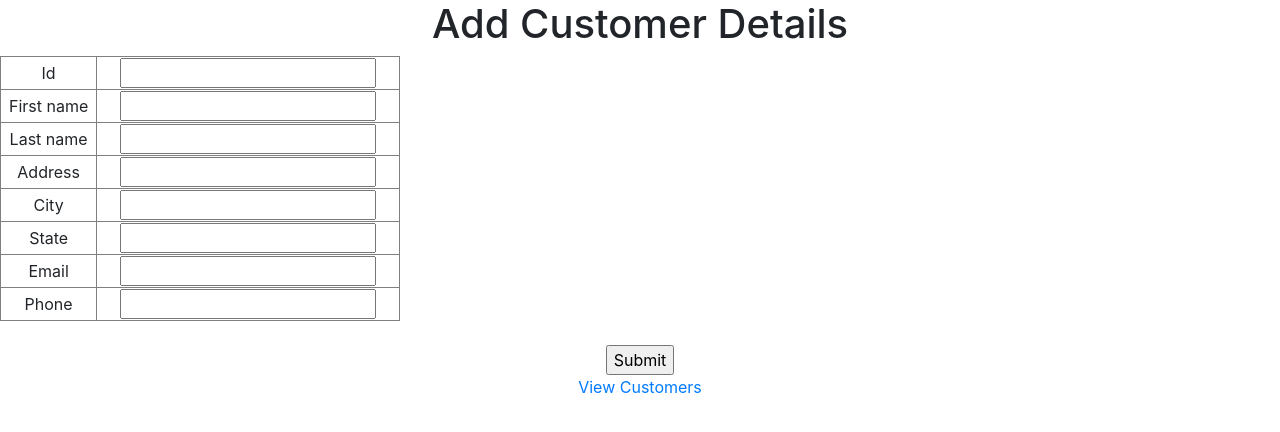
Repository: Shamanth-S/Customer-management
Page: User Management/src/main/webapp/add.html
The author's editor kept a copy of each file at every save. The page is drawn from the files as they stood at one save, then again after the next save.
The browser window is 1280 px wide. The pictures show the whole page.

Above is the page before, as saved 2023-09-07 06:18:21.

After the next save:
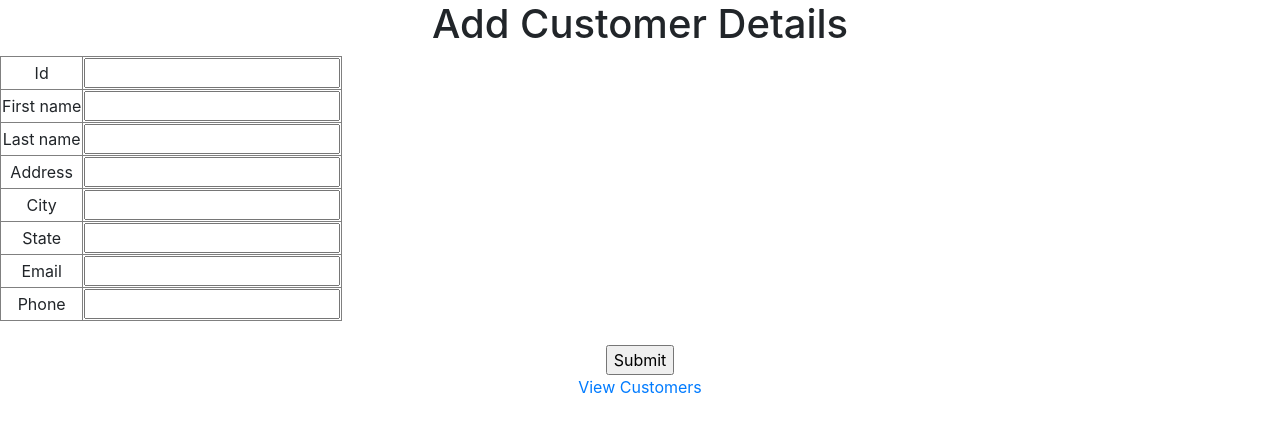
Saved 22 s later.
--- a/User Management/src/main/webapp/add.html
+++ b/User Management/src/main/webapp/add.html
@@ -8,7 +8,7 @@
 <body class = "text-center">
 	<h1>Add Customer Details</h1>
 	<form method = "POST" action = "Customer">
-		<table width = "400px" border = "1">
+		<table class = "text-center width = "400px" border = "1">
 
 			<tr>
 				<td>Id</td>

After the save that followed:
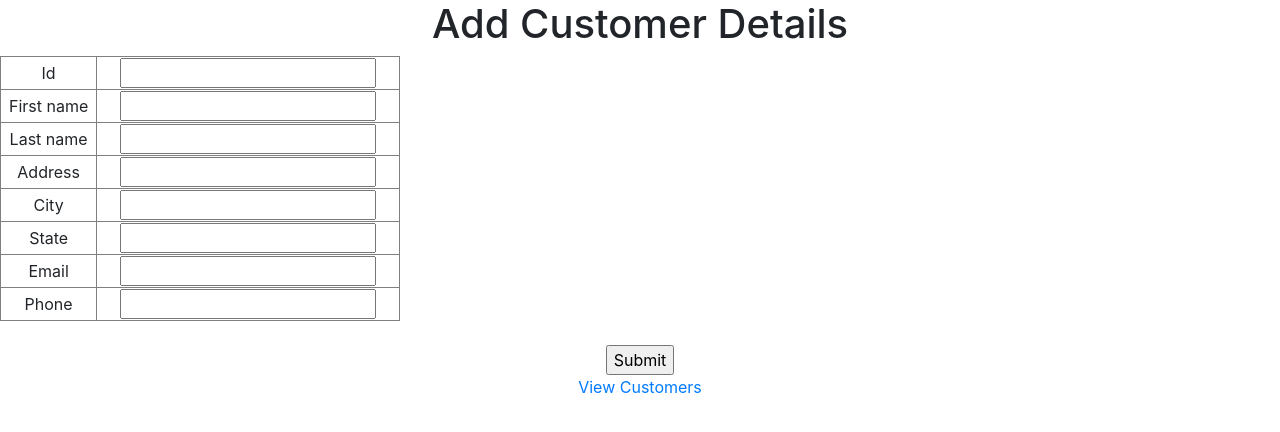
Saved 7 s later.
--- a/User Management/src/main/webapp/add.html
+++ b/User Management/src/main/webapp/add.html
@@ -8,7 +8,7 @@
 <body class = "text-center">
 	<h1>Add Customer Details</h1>
 	<form method = "POST" action = "Customer">
-		<table class = "text-center width = "400px" border = "1">
+		<table class = "text-center" width = "400px" border = "1">
 
 			<tr>
 				<td>Id</td>
